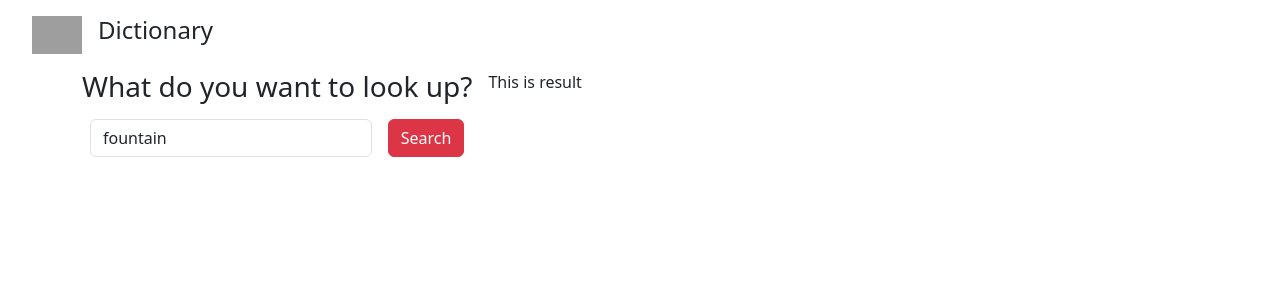
Repository: moehaymanmyint/react-dictionary-app
Page: /
An editor plug-in stored every save of this project. The page is shown before and after the next save, followed by the edit.
The browser window is 1280 px wide. The pictures show the whole page.
Pictures or frames that could not be fetched are drawn as grey boxes. The page's requests for data from a server got no answer. The project was rebuilt for these pictures with package versions that can differ from the ones it lists, and the page was loaded fresh each time. No one was signed in, and anything a server would have sent is missing.

Above is the page before, as saved 2024-08-28 10:29:21.

After the next save:
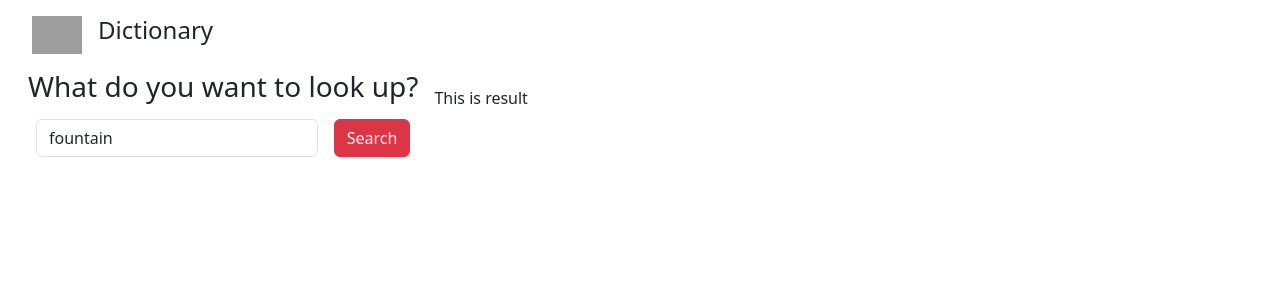
Saved 23 s later.
--- a/src/App.js
+++ b/src/App.js
@@ -13,7 +13,7 @@ function App() {
         <h4>Dictionary</h4>
       </div>
 
-      <div className='container d-flex'>
+      <div className='container d-flex m-3'>
         {/* Header */}
         <div className="header">
           <h3>What do you want to look up?</h3>
@@ -21,7 +21,7 @@ function App() {
         </div>
 
         {/* Content */}
-        <div className="content mx-3" >
+        <div className="content m-3" >
           <Result />
         </div>
 
